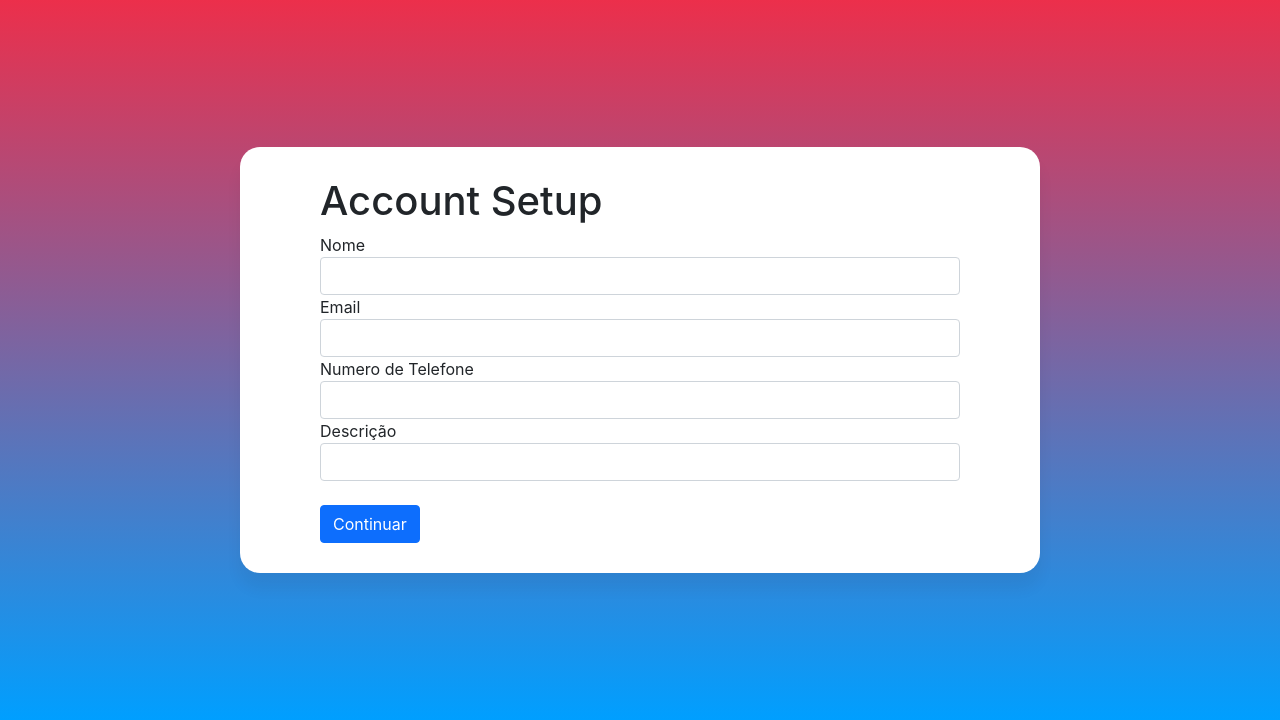
Repository: DeanLemosXD/ReactJS-3steps-form
Page: /
An editor plug-in stored every save of this project. The page is shown before and after the next save, followed by the edit.
The browser window is 1280 px wide. The pictures show the whole page.
The project was rebuilt for these pictures with package versions that can differ from the ones it lists, and the page was loaded fresh each time. Imported but missing from the stored project, and not drawn on this page: src/components/Confirm, src/components/OtherData.

Above is the page before, as saved 2021-10-26 17:03:05.

After the next save:
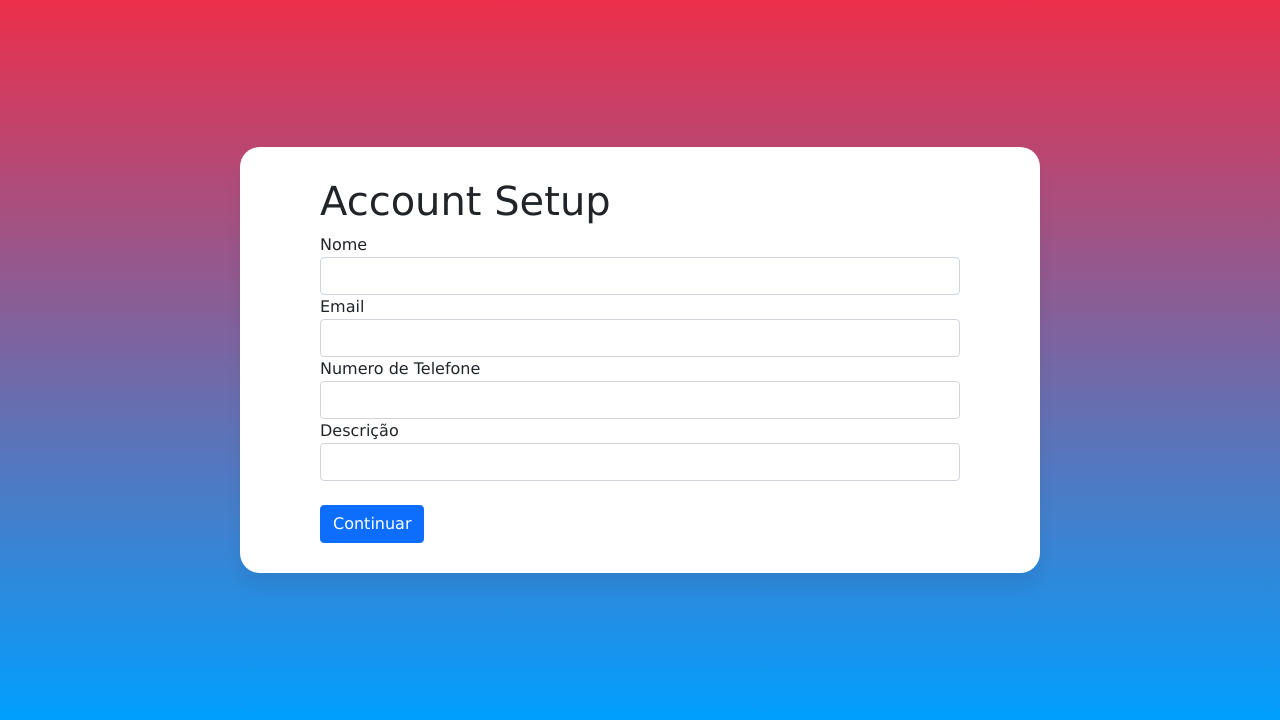
Saved 23 s later.
--- a/src/App.css
+++ b/src/App.css
@@ -15,6 +15,7 @@
 }
 
 .form-container {
+  font-family: Verdana, Geneva, Tahoma, sans-serif;
   background: #fff;
   border-radius: 20px;
   padding: 30px 80px;

After the save that followed:
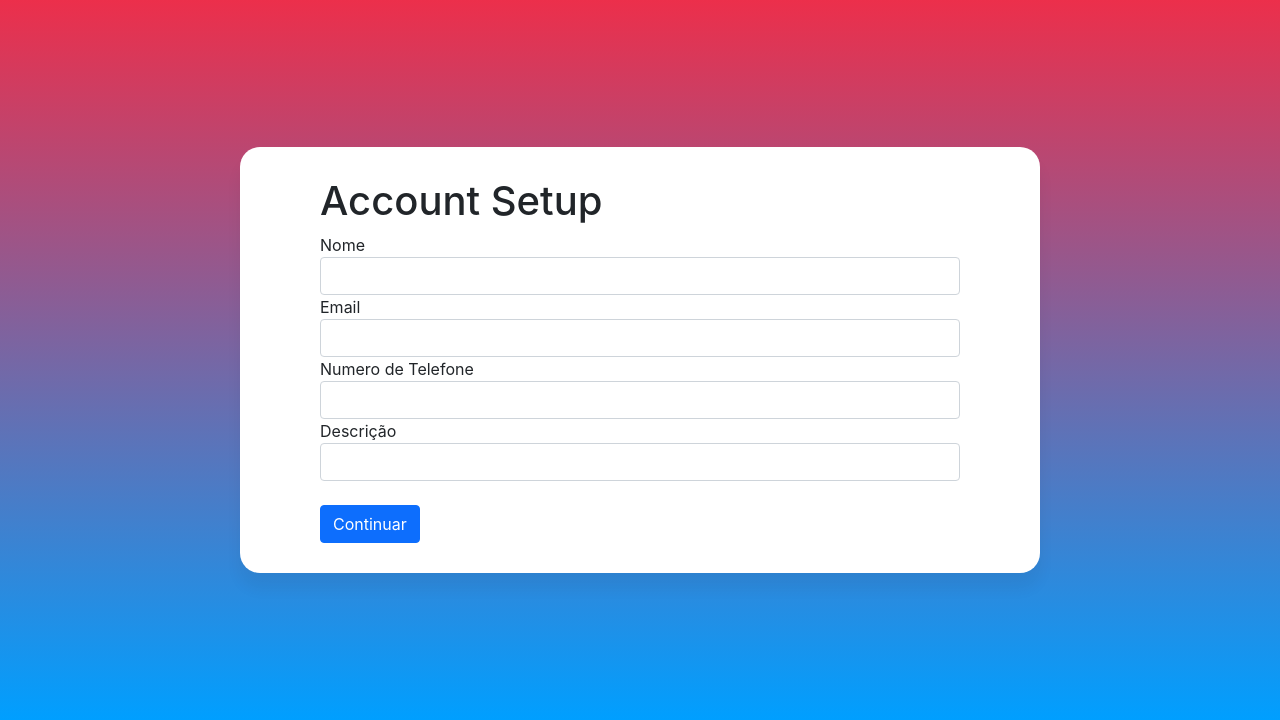
Saved 19 s later.
--- a/src/App.css
+++ b/src/App.css
@@ -15,7 +15,7 @@
 }
 
 .form-container {
-  font-family: Verdana, Geneva, Tahoma, sans-serif;
+  font-family: -apple-system, BlinkMacSystemFont, 'Segoe UI', Roboto, Oxygen, Ubuntu, Cantarell, 'Open Sans', 'Helvetica Neue', sans-serif;
   background: #fff;
   border-radius: 20px;
   padding: 30px 80px;
